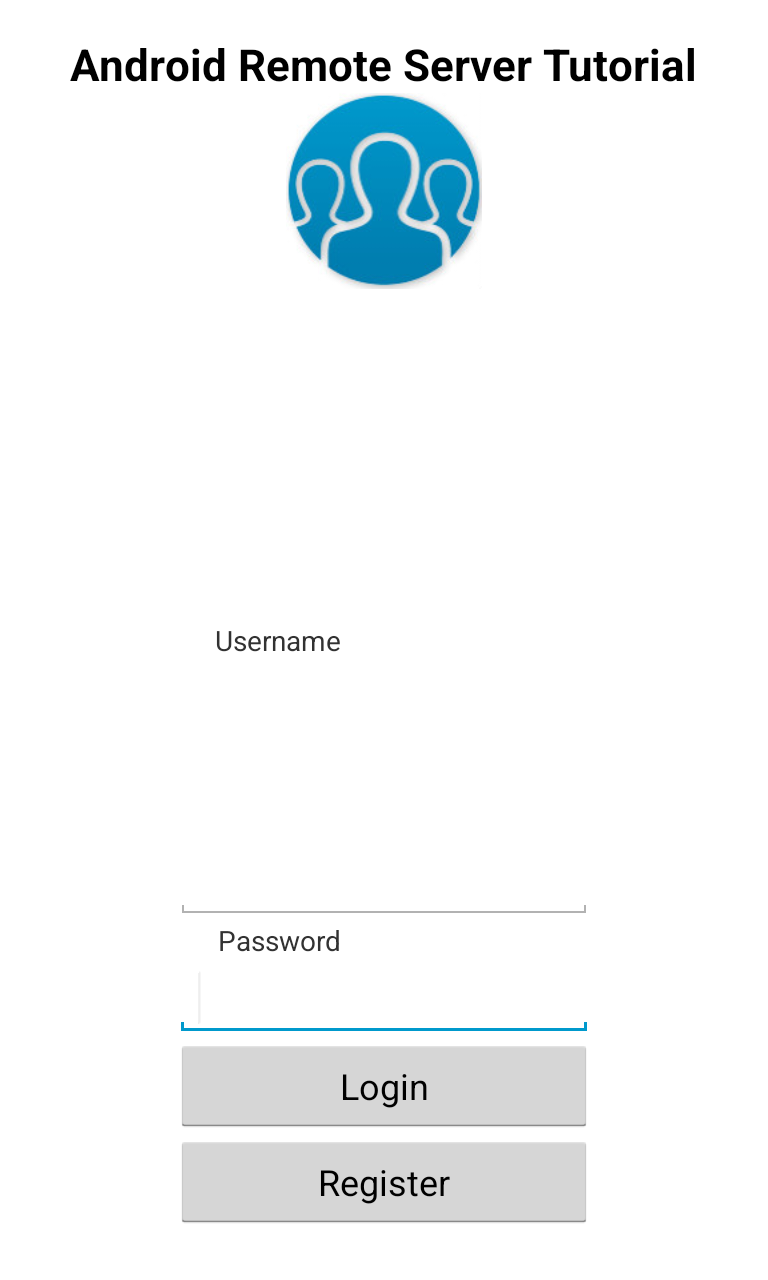
Repository: yuanpeixin/Project
Layout: GameForum/res/layout/login.xml
These files come from the project's save history. The layout is drawn as it stood at one moment and after the next save; the edit follows.
It is drawn on a 768 x 1280 px phone screen (xhdpi) without system bars, with theme AppTheme; the app's code is not run.

Above is the layout before, as saved 2015-10-05 00:19:05.

### GameForum/res/layout/login.xml
<?xml version="1.0" encoding="utf-8"?>
<RelativeLayout xmlns:android="http://schemas.android.com/apk/res/android"
    xmlns:tools="http://schemas.android.com/tools"
    android:layout_width="match_parent"
    android:layout_height="match_parent" >

    <Button
        android:id="@+id/register"
        android:layout_width="wrap_content"
        android:layout_height="wrap_content"
        android:layout_alignLeft="@+id/login"
        android:layout_alignParentBottom="true"
        android:layout_alignRight="@+id/login"
        android:layout_marginBottom="25dp"
        android:text="Register" />

    <Button
        android:id="@+id/login"
        android:layout_width="wrap_content"
        android:layout_height="wrap_content"
        android:layout_above="@+id/register"
        android:layout_alignLeft="@+id/password"
        android:layout_alignRight="@+id/password"
        android:text="Login" />

    <EditText
        android:id="@+id/password"
        android:layout_width="wrap_content"
        android:layout_height="wrap_content"
        android:layout_above="@+id/login"
        android:layout_centerHorizontal="true"
        android:ems="10"
        android:inputType="textPassword" >

        <requestFocus />
    </EditText>

    <TextView
        android:id="@+id/textView2"
        android:layout_width="wrap_content"
        android:layout_height="wrap_content"
        android:layout_alignParentTop="true"
        android:layout_centerHorizontal="true"
        android:layout_marginTop="17dp"
        android:gravity="center"
        android:text="Android Remote Server Tutorial"
        android:textAppearance="?android:attr/textAppearanceLarge"
        android:textStyle="bold" />

    <ImageView
        android:id="@+id/imageView1"
        android:layout_width="wrap_content"
        android:layout_height="wrap_content"
        android:layout_below="@+id/textView2"
        android:layout_centerHorizontal="true"
        android:src="@drawable/forum_icon" />

    <TextView
        android:id="@+id/TextView01"
        android:layout_width="wrap_content"
        android:layout_height="wrap_content"
        android:layout_above="@+id/password"
        android:layout_alignLeft="@+id/password"
        android:layout_marginLeft="22dp"
        android:text="Password" />

    <EditText
        android:id="@+id/username"
        android:layout_width="wrap_content"
        android:layout_height="wrap_content"
        android:layout_above="@+id/TextView01"
        android:layout_centerHorizontal="true"
        android:ems="10" />

    <TextView
        android:id="@+id/textView1"
        android:layout_width="wrap_content"
        android:layout_height="wrap_content"
        android:layout_alignRight="@+id/TextView01"
        android:layout_centerVertical="true"
        android:text="Username" />

</RelativeLayout>

Loaded but not shown: GameForum/res/values/styles.xml (common file); GameForum/res/values-v11/styles.xml (common file); GameForum/res/values-v14/styles.xml (common file)

After the next save:
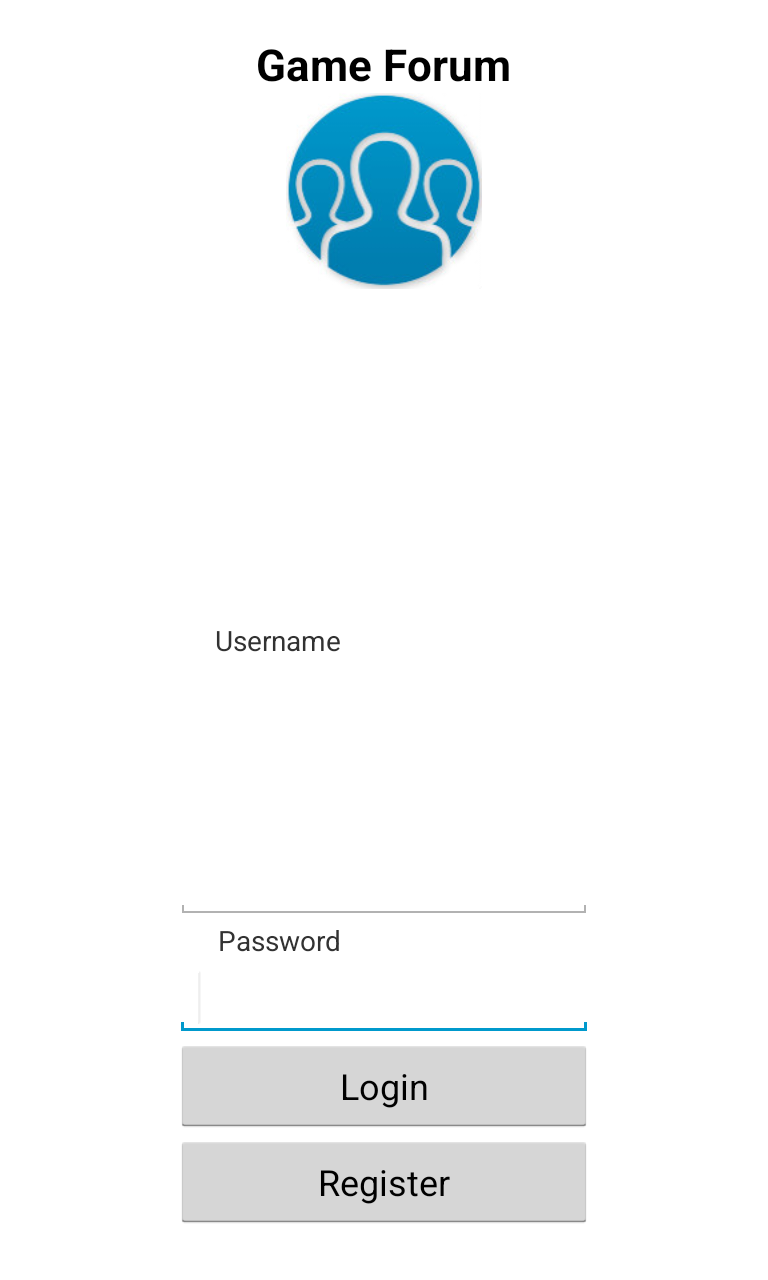
Saved 39 s later.
--- a/GameForum/res/layout/login.xml
+++ b/GameForum/res/layout/login.xml
@@ -43,7 +43,7 @@
         android:layout_centerHorizontal="true"
         android:layout_marginTop="17dp"
         android:gravity="center"
-        android:text="Android Remote Server Tutorial"
+        android:text="Game Forum"
         android:textAppearance="?android:attr/textAppearanceLarge"
         android:textStyle="bold" />
 
